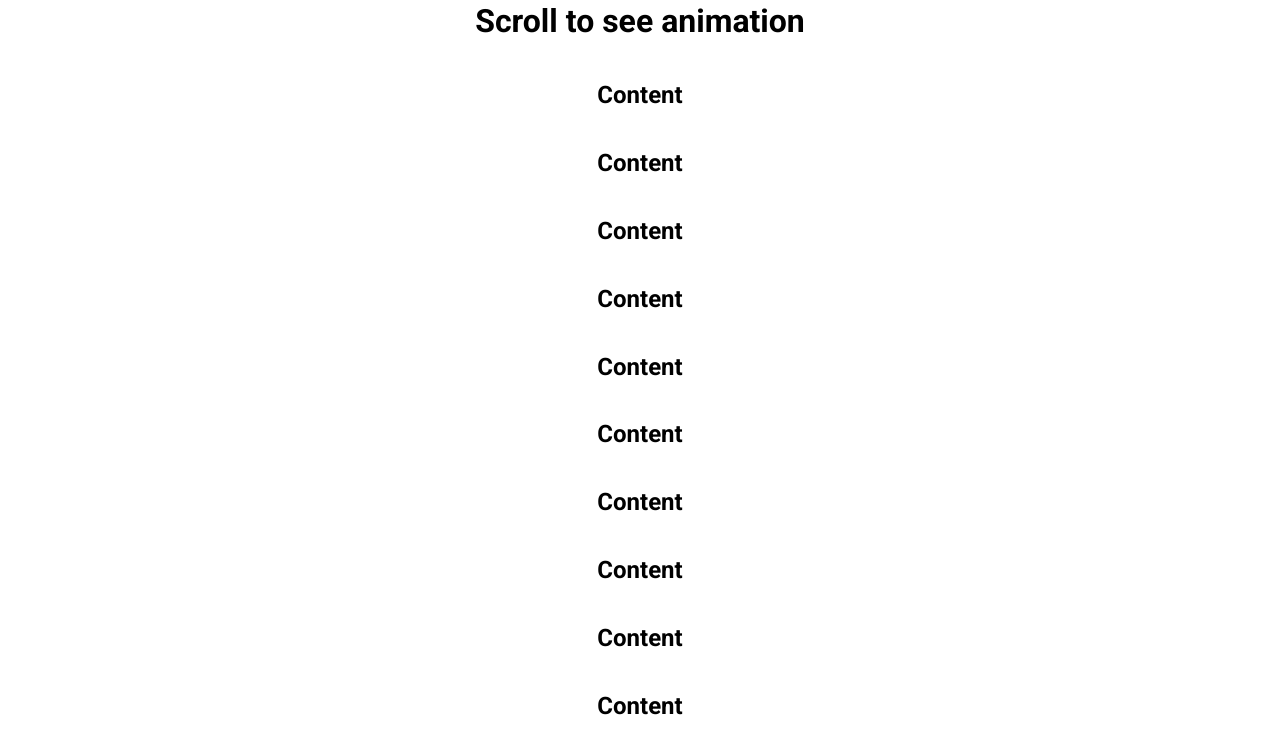
Repository: thecoachanna/scroll-animation
Page: index.html
These files come from the project's save history. The page is drawn as it stood at one moment and after the next save; the edit follows.
The browser window is 1280 px wide. The pictures show the whole page.
Some web fonts or font styles are not loaded; a fallback is used.

Above is the page before, as saved 2023-02-20 12:38:48.

After the next save:
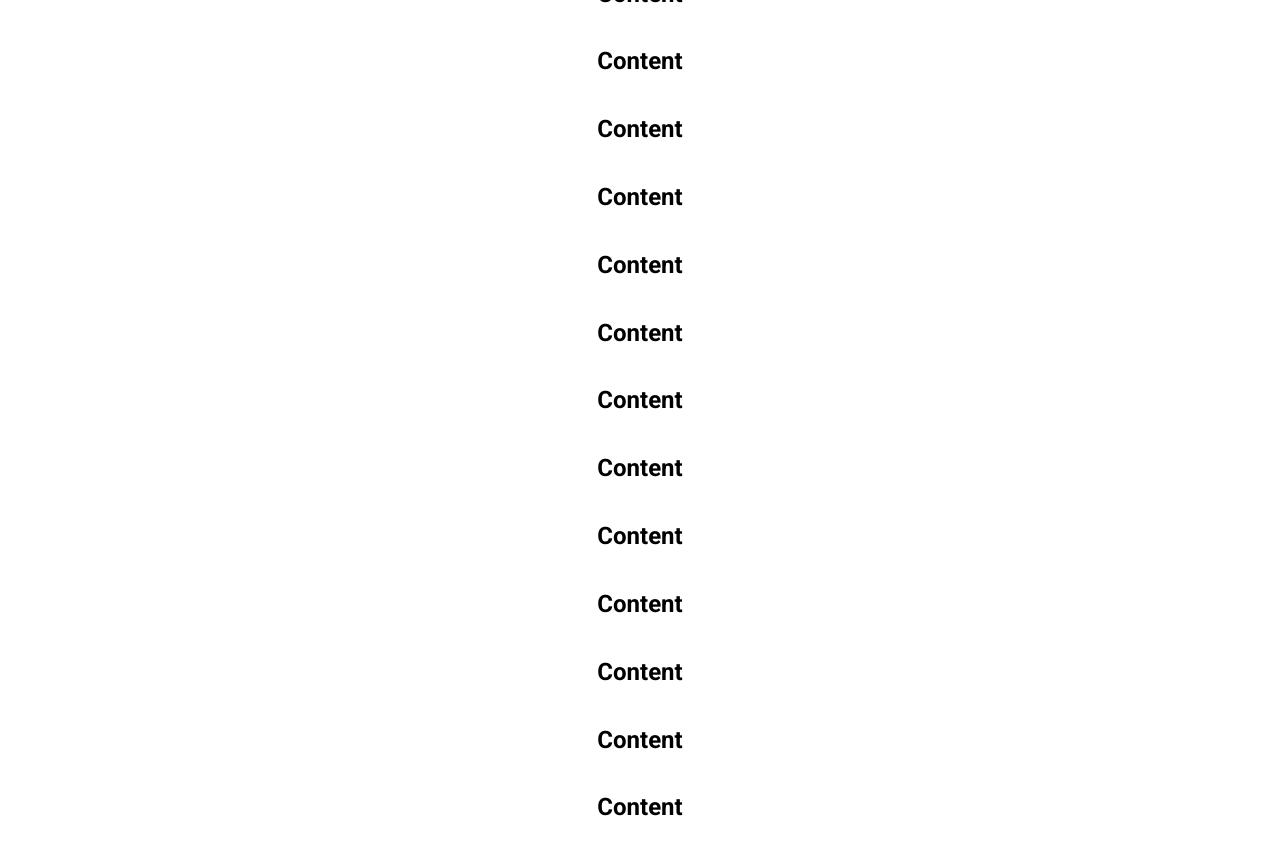
Saved 12 s later.
--- a/index.html
+++ b/index.html
@@ -19,6 +19,9 @@
     <div class="box"><h2>Content</h2></div>
     <div class="box"><h2>Content</h2></div>
     <div class="box"><h2>Content</h2></div>
+    <div class="box"><h2>Content</h2></div>
+    <div class="box"><h2>Content</h2></div>
+    <div class="box"><h2>Content</h2></div>
     <script src="script.js"></script>
 </body>
 </html>
